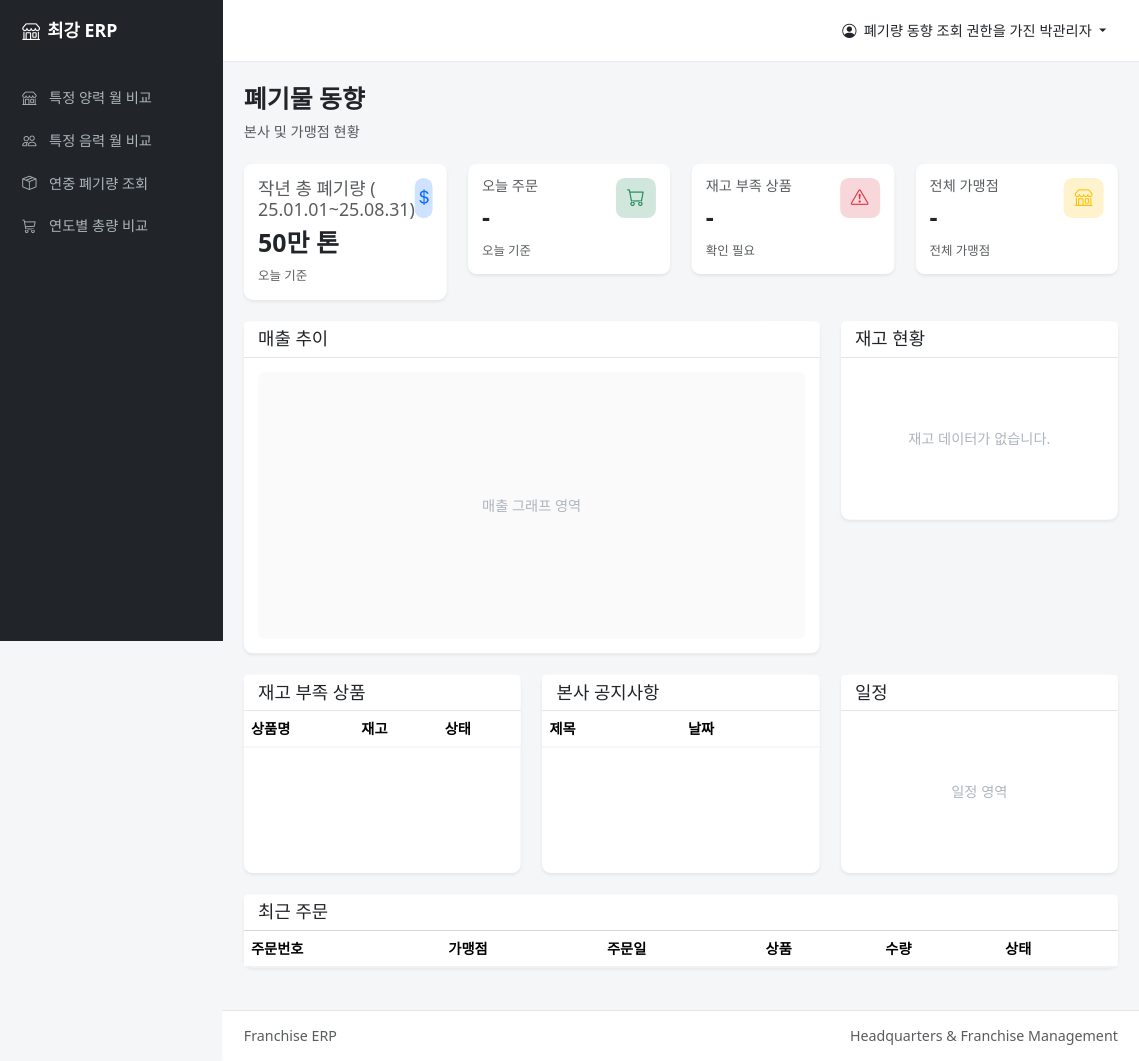
Repository: nojong99/kosta
Page: 32_MVCModel2/src/main/webapp/wasteTrends.html
These files come from the project's save history. The page is drawn as it stood at one moment and after a run of saves; the edit follows.
The browser window is 1280 px wide. The pictures show the whole page, at 89% of full size.

Above is the page before, as saved 2026-09-23 02:49:29.

After the next 2 saves:
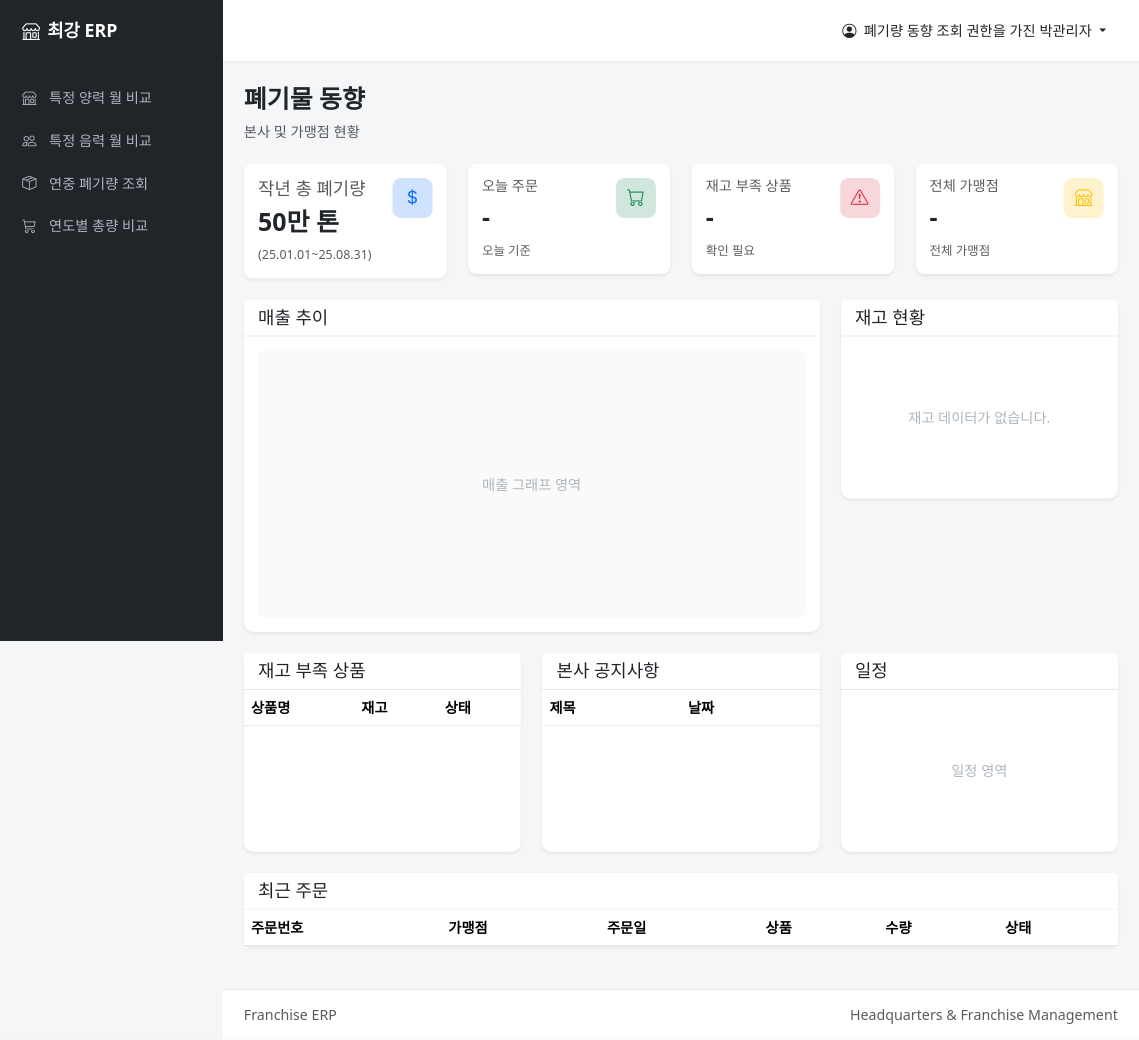
The 2 saves are shown as one change because they came seconds apart.
The last was saved 23 s later.
--- a/32_MVCModel2/src/main/webapp/wasteTrends.html
+++ b/32_MVCModel2/src/main/webapp/wasteTrends.html
@@ -195,7 +195,7 @@
                             <div>
 
                                 <h5 class="text-muted">
-                                    작년 총 폐기량 ( 25.01.01~25.08.31)
+                                    작년 총 폐기량
                                 </h5 >
 
                                 <h3 class="fw-bold">
@@ -214,7 +214,7 @@
                         </div>
 
                         <small class="text-muted">
-                            오늘 기준
+                            (25.01.01~25.08.31)
                         </small>
 
                     </div>
